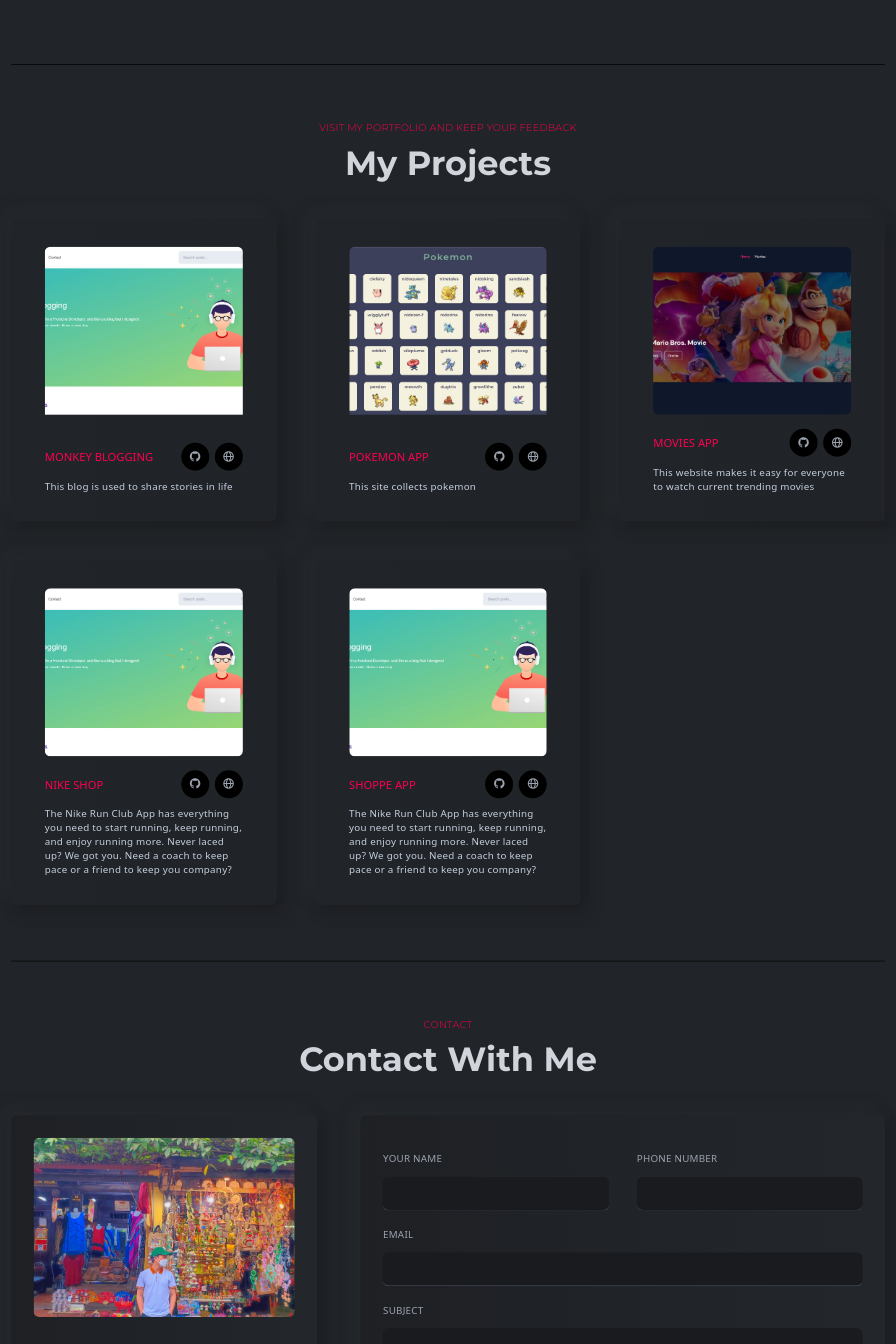
Repository: vophuocthanh/react-profile
Page: /
An editor plug-in stored every save of this project. The page is shown before and after the next save, followed by the edit.
The browser window is 1280 px wide. The pictures show the part of the page from y = 1958 to 3878 px (the page is 4962 px tall), at 70% of full size.
The project was rebuilt for these pictures with package versions that can differ from the ones it lists, and the page was loaded fresh each time. Also part of the build but not shown: src/components/resume/ResumeCard.js, src/components/resume/Skills.js, src/components/tesimonial/Testimonial.js.

Above is the page before, as saved 2023-05-09 21:20:51.

### public/index.html
<!DOCTYPE html>
<html lang="en">
  <head>
    <meta charset="utf-8" />
    <link
      rel="icon"
      href="https://img.freepik.com/premium-vector/young-smiling-man-adam-avatar-3d-vector-people-character-illustration-cartoon-minimal-style_365941-687.jpg?w=2000"
    />
    <meta name="viewport" content="width=device-width, initial-scale=1" />
    <meta name="theme-color" content="#000000" />
    <meta
      name="description"
      content="Web site created using create-react-app"
    />
    <link
      href="https://unpkg.com/boxicons@2.1.4/css/boxicons.min.css"
      rel="stylesheet"
    />
    <!--
      manifest.json provides metadata used when your web app is installed on a
      user's mobile device or desktop. See https://developers.google.com/web/fundamentals/web-app-manifest/
    -->
    <link rel="manifest" href="%PUBLIC_URL%/manifest.json" />
    <!--
      Notice the use of %PUBLIC_URL% in the tags above.
      It will be replaced with the URL of the `public` folder during the build.
      Only files inside the `public` folder can be referenced from the HTML.

      Unlike "/favicon.ico" or "favicon.ico", "%PUBLIC_URL%/favicon.ico" will
      work correctly both with client-side routing and a non-root public URL.
      Learn how to configure a non-root public URL by running `npm run build`.
    -->
    <title>Vo Phuoc Thanh || Profile</title>
  </head>
  <body>
    <noscript>You need to enable JavaScript to run this app.</noscript>
    <div id="root"></div>
    <!--
      This HTML file is a template.
      If you open it directly in the browser, you will see an empty page.

      You can add webfonts, meta tags, or analytics to this file.
      The build step will place the bundled scripts into the <body> tag.

      To begin the development, run `npm start` or `yarn start`.
      To create a production bundle, use `npm run build` or `yarn build`.
    -->
  </body>
</html>

### src/index.js
import React from "react";
import ReactDOM from "react-dom/client";
import "slick-carousel/slick/slick.css";
import "./index.css";
import App from "./App";
import { BrowserRouter } from "react-router-dom";

const root = ReactDOM.createRoot(document.getElementById("root"));
root.render(
  <React.StrictMode>
    <BrowserRouter>
      <App />
    </BrowserRouter>
  </React.StrictMode>
);

### src/index.css
@import url("https://fonts.googleapis.com/css2?family=Montserrat:wght@100;200;300;400;500;600;700;800;900&family=Poppins:wght@100;200;300;400;500;600;700;800;900&display=swap");
@tailwind base;
@tailwind components;
@tailwind utilities;

@layer components {
  .bannerIcon {
    @apply w-16 h-16 bg-black bg-opacity-25 text-gray-200 text-xl inline-flex items-center justify-center rounded-md shadow-shadowOne hover:bg-opacity-40 hover:-translate-y-1 transition-all hover:text-designColor cursor-pointer duration-300;
  }
  .resumeLi {
    @apply w-full h-20 bg-black bg-opacity-25 text-xl text-gray-300 flex justify-center cursor-pointer hover:bg-opacity-40 duration-300 items-center border-[1px] rounded-none;
  }
  .bgOpacity {
    @apply bg-black bg-opacity-40;
  }
  .contactInput {
    @apply w-full h-12 rounded-lg border-b-[1px] border-b-gray-600 bg-[#191b1e] text-lightText px-4 active:outline-none focus-visible:outline-designColor outline-none focus-visible:border-b-transparent duration-300;
  }
  .contactTextArea {
    @apply w-full rounded-lg border-b-[1px] border-b-gray-600 bg-[#191b1e] text-lightText px-4 py-2 active:outline-none focus-visible:outline-designColor outline-none focus-visible:border-b-transparent duration-300 resize-none;
  }
}

.active {
  color: white;
}
.scrollbar-hide::-webkit-scrollbar {
  display: none;
}

### src/App.js
import React from "react";
import Banner from "./components/banner/Banner";
import Contact from "./components/contact/Contact";
import Features from "./components/features/Features";
import Footer from "./components/footer/Footer";
import FooterBottom from "./components/footer/FooterBottom";
import Navbar from "./components/navbar/Navbar";
import Projects from "./components/projects/Projects";
import Resume from "./components/resume/Resume";
import Testimonial from "./components/tesimonial/Testimonial";

function App() {
  return (
    <div className="w-full h-auto bg-bodyColor text-lightText px-4">
      <Navbar />
      <div className="max-w-screen-xl mx-auto">
        <Banner />
        <Features />
        <Resume />
        <Projects />
        {/* <Testimonial /> */}
        <Contact />
        <Footer />
        <FooterBottom />
      </div>
    </div>
  );
}

export default App;

### src/components/footer/FooterBottom.js
import React from "react";

const FooterBottom = () => {
  return (
    <div className="w-full py-10">
      <p className="text-center text-gray-500 text-base">
        © 2023. All rights reserved by Võ Phước Thạnh
      </p>
    </div>
  );
};

export default FooterBottom;

### src/components/projects/Projects.js
import React from "react";
import Title from "../layouts/Title";
import { projectOne, projectTwo, projectThree } from "../../assets/index";
import ProjectsCard from "./ProjectsCard";
import { dataProject } from "../../data/dataProject";

const Projects = () => {
  return (
    <section
      id="projects"
      className="w-full py-20 border-b-[1px] border-b-black"
    >
      <div className="flex justify-center items-center text-center">
        <Title
          title="VISIT MY PORTFOLIO AND KEEP YOUR FEEDBACK"
          des="My Projects"
        />
      </div>
      <div className="grid grid-cols-1 md:grid-cols-2 xl:grid-cols-3 gap-6 xl:gap-14">
        {/* <ProjectsCard
          title="E-commerce Website"
          des=" Lorem, ipsum dolor sit amet consectetur adipisicing elit.
              Explicabo quibusdam voluptate sapiente voluptatibus harum quidem!"
          src={projectTwo}
        /> */}
        {/* <ProjectsCard
          title="Chatting App"
          des=" Lorem, ipsum dolor sit amet consectetur adipisicing elit.
              Explicabo quibusdam voluptate sapiente voluptatibus harum quidem!"
          src={projectThree}
        />
        <ProjectsCard
          title="SOCIAL MEDIA CLONE"
          des=" Lorem, ipsum dolor sit amet consectetur adipisicing elit.
              Explicabo quibusdam voluptate sapiente voluptatibus harum quidem!"
          src={projectThree}
        />
        <ProjectsCard
          title="E-commerce Website"
          des=" Lorem, ipsum dolor sit amet consectetur adipisicing elit.
              Explicabo quibusdam voluptate sapiente voluptatibus harum quidem!"
          src={projectOne}
        />
        <ProjectsCard
          title="Chatting App"
          des=" Lorem, ipsum dolor sit amet consectetur adipisicing elit.
              Explicabo quibusdam voluptate sapiente voluptatibus harum quidem!"
          src={projectTwo}
        /> */}
        {dataProject.map((item) => (
          <ProjectsCard key={item.id} item={item}></ProjectsCard>
        ))}
      </div>
    </section>
  );
};

export default Projects;

### src/components/banner/LeftBanner.js
import React from "react";
import { useTypewriter, Cursor } from "react-simple-typewriter";
import Media from "./Media";

const LeftBanner = () => {
  const [text] = useTypewriter({
    words: ["Software Engineer.", "Frontend Developer."],
    loop: true,
    typeSpeed: 20,
    deleteSpeed: 10,
    delaySpeed: 2000,
  });
  return (
    <div className="flex flex-col w-full gap-20 lgl:w-1/2">
      <div className="flex flex-col gap-5">
        <h4 className="text-lg font-normal ">WELCOME TO MY WORLD</h4>
        <h1 className="text-6xl font-bold text-white">
          Hi, I'm{" "}
          <span className="capitalize text-designColor">Võ Phước Thạnh</span>
        </h1>
        <h2 className="text-4xl font-bold text-white">
          a <span>{text}</span>
          <Cursor
            cursorBlinking="false"
            cursorStyle="|"
            cursorColor="#ff014f"
          />
        </h2>
        <p className="text-base leading-6 tracking-wide font-bodyFont">
          I am a Frontend Developer. I love programming, especially creating
          websites with good user interfaces, to meet the needs of users.
        </p>
      </div>
      {/* Media */}
      <Media />
    </div>
  );
};

export default LeftBanner;

### src/components/banner/RightBanner.js
import React from "react";
import { avatar } from "../../assets";
// import { bannerImg } from "../../assets/index";

const RightBanner = () => {
  return (
    <div className="w-full lgl:w-1/2 flex justify-center items-center relative">
      <img
        className="w-[300px] h-[400px] lgl:w-[500px] lgl:h-[680px] z-10 rounded-sm object-cover"
        src={avatar}
        alt="bannerImg"
      />
      <div className="absolute bottom-0 w-[350px] h-[300px] lgl:w-[500px] lgl:h-[500px] bg-gradient-to-r from-[#1e2024] to-[#202327] shadow-shadowOne flex justify-center items-center"></div>
    </div>
  );
};

export default RightBanner;

### src/components/contact/ContactLeft.js
import React from "react";
import { avatar } from "../../assets/index";
import navIcon1 from "../../assets/images/nav-icon2.svg";

const ContactLeft = () => {
  return (
    <div className="w-full lgl:w-[35%] h-full bg-gradient-to-r from-[#1e2024] to-[#23272b] p-4 lgl:p-8 rounded-lg shadow-shadowOne flex flex-col gap-8 justify-center">
      <img
        className="object-cover object-center w-full h-64 mb-2 rounded-lg"
        src={avatar}
        alt="contactImg"
      />
      <div className="flex flex-col gap-4">
        <h3 className="text-3xl font-bold text-white">Võ Phước Thạnh</h3>
        <p className="text-lg font-normal text-gray-400">Frontend Developer</p>
        <p className="text-base tracking-wide text-gray-400">
          I am a Frontend Developer. I love programming, especially creating
          websites with good user interfaces, to meet the needs of users.
        </p>
        <p className="flex items-center gap-2 text-base text-gray-400">
          Phone: <span className="text-lightText">0386725641</span>
        </p>
        <p className="flex items-center gap-2 text-base text-gray-400">
          Email:{" "}
          <span className="text-lightText">phuocthanh2k03@gmail.com</span>
        </p>
      </div>
      <div className="flex flex-col gap-4">
        <h2 className="mb-4 text-base uppercase font-titleFont">Find me in</h2>
        <div className="flex gap-4">
          <span className="bannerIcon">
            <a href="https://www.facebook.com/thanh.vophuoc.50">
              <img src={navIcon1} alt="" />
            </a>
          </span>
          <span className="bannerIcon">
            <a href="https://github.com/vophuocthanh">
              <i class="bx bxl-github"></i>
            </a>
          </span>
          <span className="bannerIcon">
            <a href="https://www.linkedin.com/in/v%C3%B5-ph%C6%B0%E1%BB%9Bc-th%E1%BA%A1nh-747813233/">
              <i class="bx bxl-linkedin"></i>
            </a>
          </span>
          <span className="bannerIcon">
            <a href="https://twitter.com/ThanhVP03">
              <i class="bx bxl-twitter"></i>
            </a>
          </span>
        </div>
      </div>
    </div>
  );
};

export default ContactLeft;

### src/components/features/Card.js
import React from 'react'
import { HiArrowRight } from "react-icons/hi";

const Card = ({item:{title,des,icon}}) => {
  return (
    <div className="w-full px-12 h-80 py-10 rounded-lg shadow-shadowOne flex items-center bg-gradient-to-r from-bodyColor to-[#202327] group hover:bg-gradient-to-b hover:from-black hover:to-[#1e2024] transition-colors duration-100 group">
      <div className="h-72 overflow-y-hidden">
        <div className="flex h-full flex-col gap-10 translate-y-16 group-hover:translate-y-0 transition-transform duration-500">
          <div className="w-10 h-8 flex flex-col justify-between">

            {icon ? (
              <span className="text-5xl text-designColor">{icon}</span>
            ) : (
              <>
                <span className="w-full h-[2px] rounded-lg bg-designColor inline-flex"></span>
                <span className="w-full h-[2px] rounded-lg bg-designColor inline-flex"></span>
                <span className="w-full h-[2px] rounded-lg bg-designColor inline-flex"></span>
                <span className="w-full h-[2px] rounded-lg bg-designColor inline-flex"></span>
              </>
            )}
          </div>
          <div className="flex flex-col gap-6">
            <h2 className="text-xl md:text-2xl font-titleFont font-bold text-gray-300">
              {title}
            </h2>
            <p className="base">{des}</p>
            <span className="text-2xl text-designColor">
              <HiArrowRight />
            </span>
          </div>
        </div>
      </div>
    </div>
  );
}

export default Card

### src/data/data.js
import { SiAntdesign } from "react-icons/si";

// Features Data
export const featuresData = [
  {
    id: 1,
    icon: <i class="bx bx-code-block"></i>,
    title: "Frontend Developer",
    des: "I am a Frontend Developer. I love programming, especially creating websites with good user interface, improving user experience.",
  },
  {
    id: 2,
    icon: <SiAntdesign />,
    title: "UI Design",
    des: "Creating beautiful designs is what I want to bring to users",
  },
];

### src/assets/index.js
import logo from "./images/logo.png";
import logo1 from "./images/logo1.png";
import bannerImg from "./images/bannerImg.png";
import avatar from "./images/avatar.jpg";
import avatar1 from "./images/avatar1.jpg";
import projectOne from "./images/projects/projectOne.jpg";
import projectTwo from "./images/projects/projectTwo.jpg";
import projectThree from "./images/projects/projectThree.jpeg";
import project3 from "./images/projects/project3.jpg";
import project4 from "./images/projects/project4.jpg";
import project5 from "./images/projects/project5.jpg";
import testimonialOne from "./images/testmonial/testimonialOne.png";
import testimonialTwo from "./images/testmonial/testimonialTwo.png";
import quote from "./images/testmonial/quote.png";
import contactImg from "./images/contact/contactImg.png";

export {
  logo,
  logo1,
  avatar,
  avatar1,
  bannerImg,
  projectOne,
  projectTwo,
  projectThree,
  project3,
  project4,
  project5,
  testimonialOne,
  testimonialTwo,
  quote,
  contactImg,
};

### src/constants/index.js
export const navLinksdata = [
  {
    _id: 1001,
    title: "Home",
    link: "home",
  },
  {
    _id: 1002,
    title: "Features",
    link: "features",
  },
  {
    _id: 1003,
    title: "Projects",
    link: "projects",
  },
  {
    _id: 1004,
    title: "Resume",
    link: "resume",
  },
  // {
  //   _id: 1005,
  //   title: "Testimonial",
  //   link: "testimonial",
  // },
  {
    _id: 1006,
    title: "Contact",
    link: "contact",
  },
];

### src/components/projects/ProjectsCard.js
import React from "react";
import { dataProject } from "../../data/dataProject";

const ProjectsCard = ({ item: { title, desc, src, linkGit, demo } }) => {
  return (
    <div className="w-full p-4 xl:px-12 h-auto xl:py-10 rounded-lg shadow-shadowOne flex flex-col bg-gradient-to-r from-bodyColor to-[#202327] group hover:bg-gradient-to-b hover:from-gray-900 hover:gray-900 transition-colors duration-1000">
      <div className="w-full h-[80%] overflow-hidden rounded-lg">
        <img
          className="w-full h-60 object-cover group-hover:scale-110 duration-300 cursor-pointer"
          src={src}
          alt="src"
        />
      </div>
      <div className="w-full mt-5 flex flex-col  gap-6">
        <div>
          <div className="flex items-center justify-between">
            <h3 className="text-base uppercase text-designColor font-normal">
              {title}
            </h3>
            <div className="flex gap-2">
              <span className="text-lg w-10 h-10 rounded-full bg-black inline-flex justify-center items-center text-gray-400 hover:text-designColor duration-300 cursor-pointer">
                <a href={linkGit}>
                  <i class="bx bxl-github"></i>
                </a>
              </span>
              <span className="text-lg w-10 h-10 rounded-full bg-black inline-flex justify-center items-center text-gray-400 hover:text-designColor duration-300 cursor-pointer">
                <a href={demo}>
                  <i class="bx bx-globe"></i>
                </a>
              </span>
            </div>
          </div>
          <p className="text-sm tracking-wide mt-3 hover:text-gray-100 duration-300">
            {desc}
          </p>
        </div>
      </div>
    </div>
  );
};

export default ProjectsCard;

### src/data/dataProject.js
import { project3, projectOne, projectThree, projectTwo } from "../assets";
export const dataProject = [
  {
    id: 1,
    title: "Monkey Blogging",
    desc: "This blog is used to share stories in life",
    src: projectOne,
    linkGit: "https://github.com/vophuocthanh/monkey-blogging",
    demo: "https://monkey-blogging-app.vercel.app/",
  },
  {
    id: 2,
    title: "Pokemon App",
    desc: "This site collects pokemon",
    src: projectTwo,
    linkGit: "https://github.com/vophuocthanh/pokemon-app",
    demo: "https://pokemon-app-beta-liart.vercel.app/",
  },
  {
    id: 3,
    title: "Movies App",
    desc: "This website makes it easy for everyone to watch current trending movies",
    src: project3,
    linkGit: "https://github.com/vophuocthanh/movies",
    demo: "https://movies-green-phi.vercel.app/",
  },
  {
    id: 4,
    title: "Nike Shop",
    desc: "The Nike Run Club App has everything you need to start running, keep running, and enjoy running more. Never laced up? We got you. Need a coach to keep pace or a friend to keep you company?",
    src: projectOne,
    linkGit: "https://github.com/vophuocthanh/nike-shop-app",
    demo: "https://vophuocthanh.github.io/nike-shop-app/",
  },
  {
    id: 4,
    title: "Shoppe App",
    desc: "The Nike Run Club App has everything you need to start running, keep running, and enjoy running more. Never laced up? We got you. Need a coach to keep pace or a friend to keep you company?",
    src: projectOne,
    linkGit: "https://github.com/vophuocthanh/shoppe",
    demo: "https://vophuocthanh.github.io/shoppe/",
  },
];

### src/components/resume/Education.js
import React from "react";
import { motion } from "framer-motion";
import ResumeCard from "./ResumeCard";

const Education = () => {
  return (
    <motion.div
      initial={{ opacity: 0 }}
      animate={{ opacity: 1, transition: { duration: 0.5 } }}
      className="w-full flex flex-col lgl:flex-row gap-10 lgl:gap-20"
    >
      {/* part one */}
      <div>
        <div className="py-6 lgl:py-12 font-titleFont flex flex-col gap-4">
          <p className="text-sm text-designColor tracking-[4px]">2021 - Now</p>
          <h2 className="text-3xl md:text-4xl font-bold">Duy Tan University</h2>
        </div>
        {/* <div className="mt-6 lgl:mt-14 w-full h-[1000px] border-l-[6px] border-l-black border-opacity-30 flex flex-col gap-10">
          <ResumeCard
            title="BSc in Computer Science"
            subTitle="University of DVI (2006 - 2010)"
            result="3.90/4"
            des="The training provided by universities in order to prepare people to work in various sectors of the economy or areas of culture."
          />
          <ResumeCard
            title="AS - Science & Information"
            subTitle="SuperKing College (2001 - 2005)"
            result="4.75/5"
            des="Higher education is tertiary education leading to award of an academic degree. Higher education, also called post-secondary education."
          />
          <ResumeCard
            title="Secondary School Education"
            subTitle="Kingstar Secondary School (1998 - 2000)"
            result="5.00/5"
            des="Secondary education or post-primary education covers two phases on the International Standard Classification of Education scale."
          />
        </div> */}
      </div>
    </motion.div>
  );
};

export default Education;

### src/components/banner/Media.jsx
import React from "react";
import { FaFacebookF, FaTwitter, FaLinkedinIn, FaReact } from "react-icons/fa";
import { SiTailwindcss, SiFigma, SiNextdotjs } from "react-icons/si";
import navIcon1 from "../../assets/images/nav-icon2.svg";
const Media = () => {
  return (
    <div className="flex flex-col xl:flex-row gap-6 lgl:gap-0 justify-between">
      <div>
        <h2 className="text-base uppercase font-titleFont mb-4">Find me in</h2>
        <div className="flex gap-4">
          <span className="bannerIcon">
            <a href="https://www.facebook.com/thanh.vophuoc.50">
              <img src={navIcon1} alt="" />
            </a>
          </span>
          <span className="bannerIcon">
            <a href="https://github.com/vophuocthanh">
              <i class="bx bxl-github"></i>
            </a>
          </span>
          <span className="bannerIcon">
            <a href="https://www.linkedin.com/in/v%C3%B5-ph%C6%B0%E1%BB%9Bc-th%E1%BA%A1nh-747813233/">
              <i class="bx bxl-linkedin"></i>
            </a>
          </span>
          <span className="bannerIcon">
            <a href="https://twitter.com/ThanhVP03">
              <i class="bx bxl-twitter"></i>
            </a>
          </span>
        </div>
      </div>
      <div>
        <h2 className="text-base uppercase font-titleFont mb-4">
          BEST SKILL ON
        </h2>
        <div className="flex gap-4">
          <span className="bannerIcon">
            <FaReact />
          </span>
          <span className="bannerIcon">
            <SiNextdotjs />
          </span>
          <span className="bannerIcon">
            <SiTailwindcss />
          </span>
          <span className="bannerIcon">
            <SiFigma />
          </span>
        </div>
      </div>
    </div>
  );
};

export default Media;

Loaded but not shown: src/components/banner/Banner.js (common file); src/components/features/Features.js (common file); src/components/layouts/Title.js (common file); tailwind.config.js (common file); src/components/footer/Footer.js (148 lines, source omitted); src/components/contact/Contact.js (169 lines, source omitted); src/components/navbar/Navbar.js (120 lines, source omitted); src/components/resume/Resume.js (86 lines, source omitted)

After the next save:
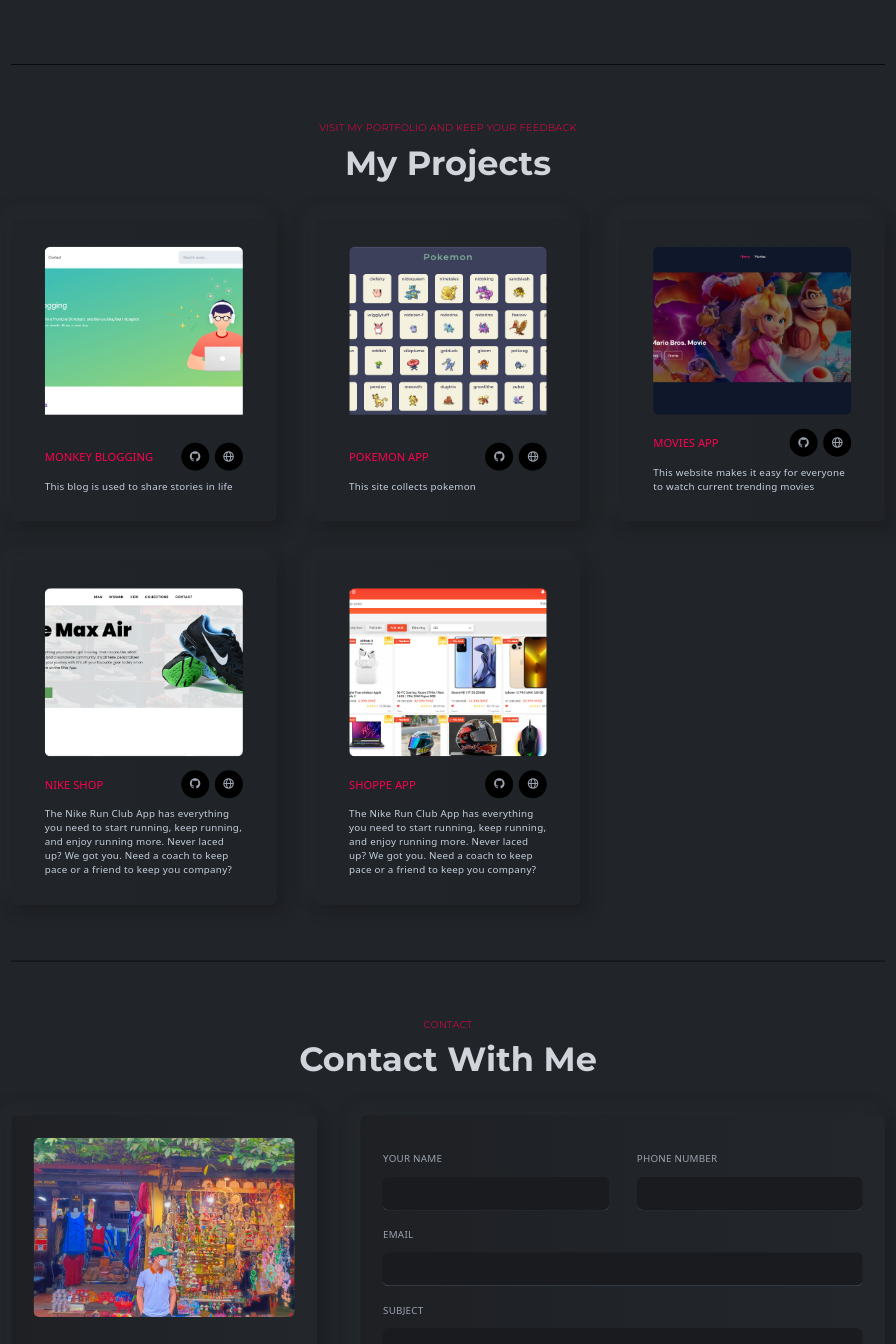
Saved 17 s later.
--- a/src/data/dataProject.js
+++ b/src/data/dataProject.js
@@ -1,4 +1,11 @@
-import { project3, projectOne, projectThree, projectTwo } from "../assets";
+import {
+  project3,
+  project4,
+  project5,
+  projectOne,
+  projectThree,
+  projectTwo,
+} from "../assets";
 export const dataProject = [
   {
     id: 1,
@@ -28,7 +35,7 @@
     id: 4,
     title: "Nike Shop",
     desc: "The Nike Run Club App has everything you need to start running, keep running, and enjoy running more. Never laced up? We got you. Need a coach to keep pace or a friend to keep you company?",
-    src: projectOne,
+    src: project4,
     linkGit: "https://github.com/vophuocthanh/nike-shop-app",
     demo: "https://vophuocthanh.github.io/nike-shop-app/",
   },
@@ -36,7 +43,7 @@
     id: 4,
     title: "Shoppe App",
     desc: "The Nike Run Club App has everything you need to start running, keep running, and enjoy running more. Never laced up? We got you. Need a coach to keep pace or a friend to keep you company?",
-    src: projectOne,
+    src: project5,
     linkGit: "https://github.com/vophuocthanh/shoppe",
     demo: "https://vophuocthanh.github.io/shoppe/",
   },
